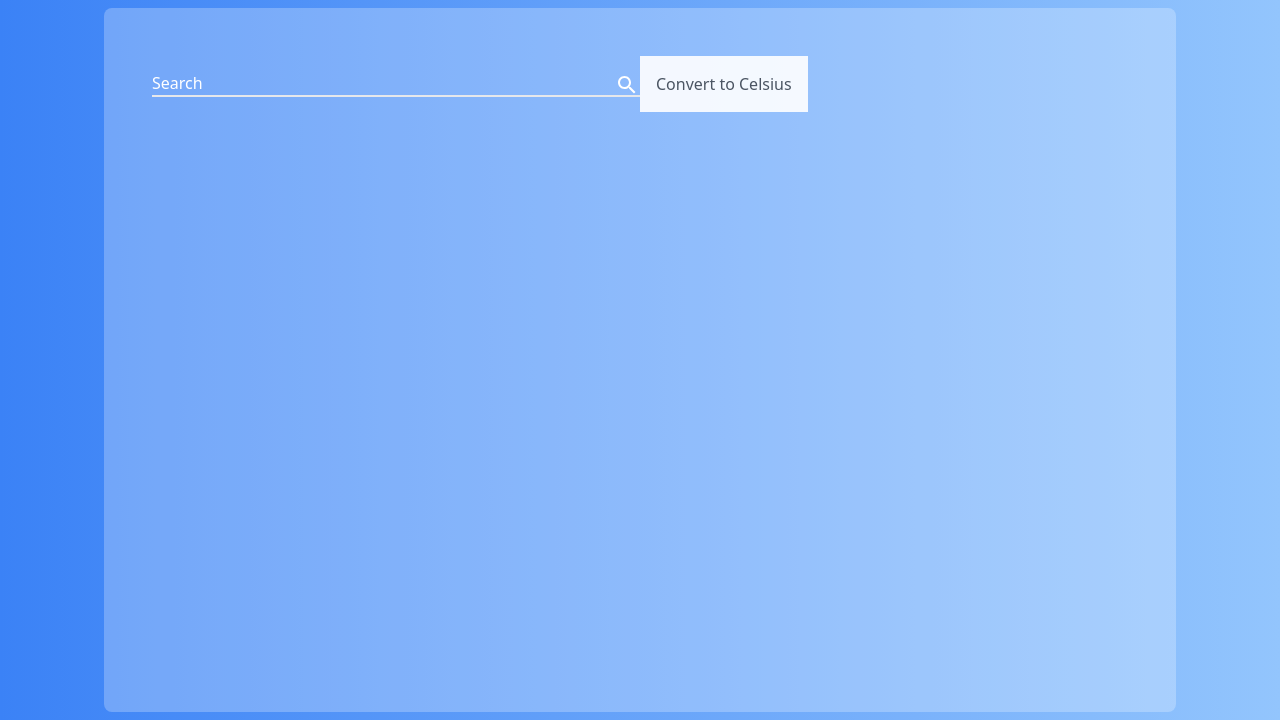
Repository: DevAntonioRogers/react-weatherapp-v2
Page: /
The author's editor kept a copy of each file at every save. The page is drawn from the files as they stood at one save, then again after the next save.
The browser window is 1280 px wide. The pictures show the whole page.
The project was rebuilt for these pictures with package versions that can differ from the ones it lists, and the page was loaded fresh each time. The framework's server and built-in components were replaced by stand-ins that run in the browser. Also part of the build but not shown: next.config.js.

Above is the page before, as saved 2023-05-18 23:23:18.

### app/layout.tsx
import "./globals.css";
import { Inter } from "next/font/google";

export const metadata = {
  title: "Create Next App",
  description: "Generated by create next app",
};

export default function RootLayout({ children }: { children: React.ReactNode }) {
  return (
    <html lang="en">
      <body>{children}</body>
    </html>
  );
}

### app/page.tsx
import Conversion from "./components/Conversion";
import Input from "./components/Input";

export default function Home() {
  return (
    <div className="flex justify-center p-2 bg-cover h-screen bg-gradient-to-r from-blue-500 to-blue-300">
      <div className="bg-white/25 mx-24 w-full rounded-lg p-12">
        <div className="flex justify-between items-center">
          <Input />
          <Conversion />
        </div>
      </div>
    </div>
  );
}

### app/components/Conversion.tsx
import React from "react";

const Conversion = () => {
  return (
    <div className="w-1/2">
      <button className="bg-white/90 p-4 text-gray-600">Convert to Celsius</button>
    </div>
  );
};

export default Conversion;

### app/components/Input.tsx
"use client";

import SearchIcon from "@mui/icons-material/Search";

const Input = () => {
  return (
    <form className="flex items-center w-1/2">
      <input
        type="text"
        className="w-full bg-transparent border-b-2 placeholder-white outline-none text-white"
        placeholder="Search"
      />
      <div className="ml-[-25px] text-white cursor-pointer">
        <SearchIcon />
      </div>
    </form>
  );
};

export default Input;

Loaded but not shown: app/globals.css (common file); tailwind.config.js (common file)

After the next save:
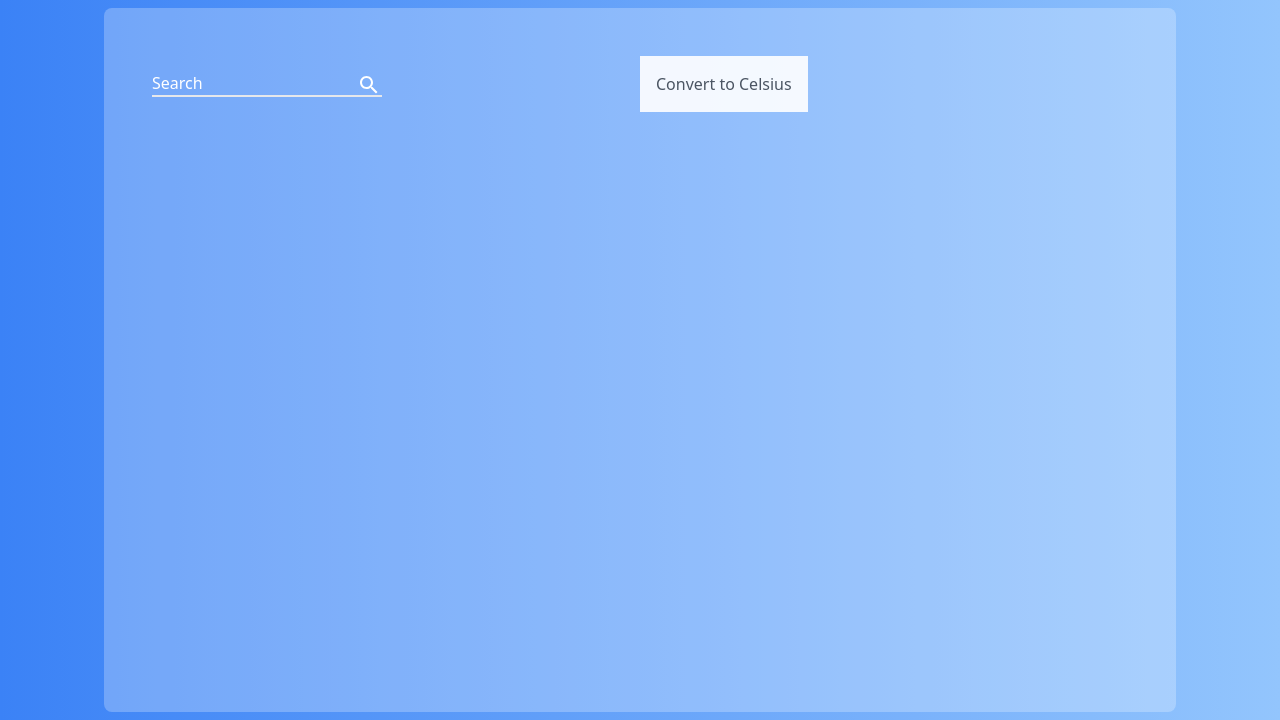
Saved 16 s later.
--- a/app/components/Input.tsx
+++ b/app/components/Input.tsx
@@ -4,7 +4,7 @@ import SearchIcon from "@mui/icons-material/Search";
 
 const Input = () => {
   return (
-    <form className="flex items-center w-1/2">
+    <form className="flex items-center">
       <input
         type="text"
         className="w-full bg-transparent border-b-2 placeholder-white outline-none text-white"
